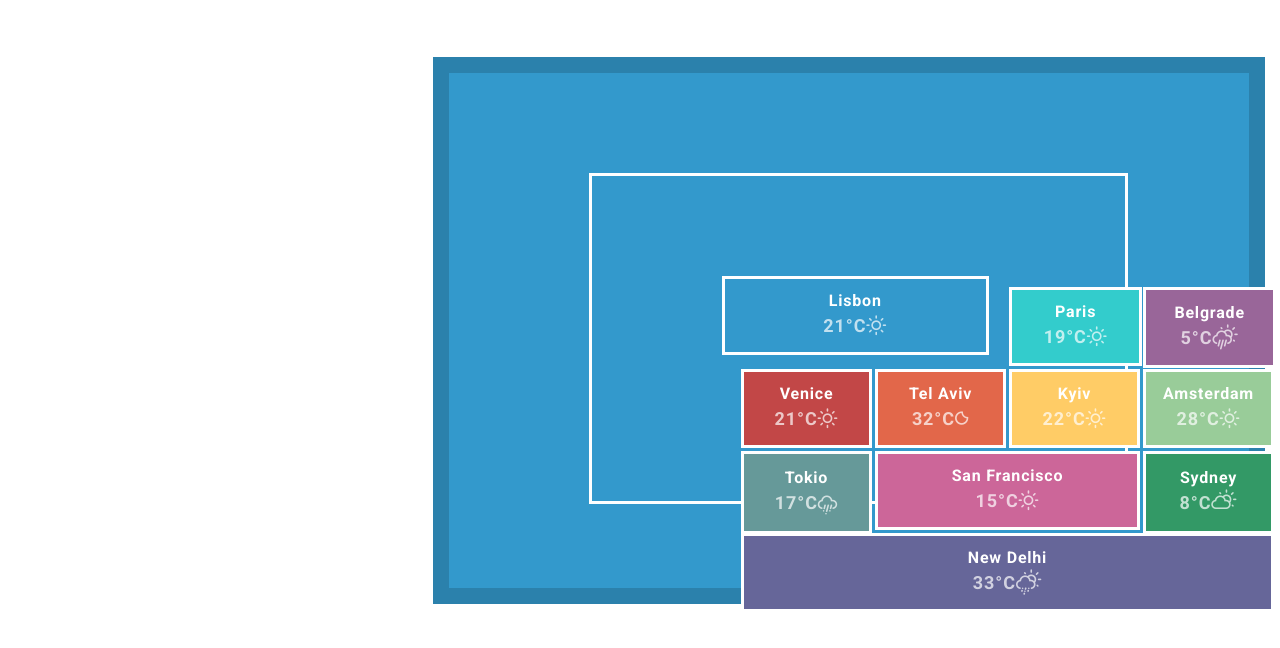
Repository: shpakovskaya/github.io
Page: boxsizing/weatherforecast/index.html
These files come from the project's save history. The page is drawn as it stood at one moment and after the next save; the edit follows.
The browser window is 1280 px wide. The pictures show the whole page.

Above is the page before, as saved 2021-11-29 20:05:24.

After the next save:
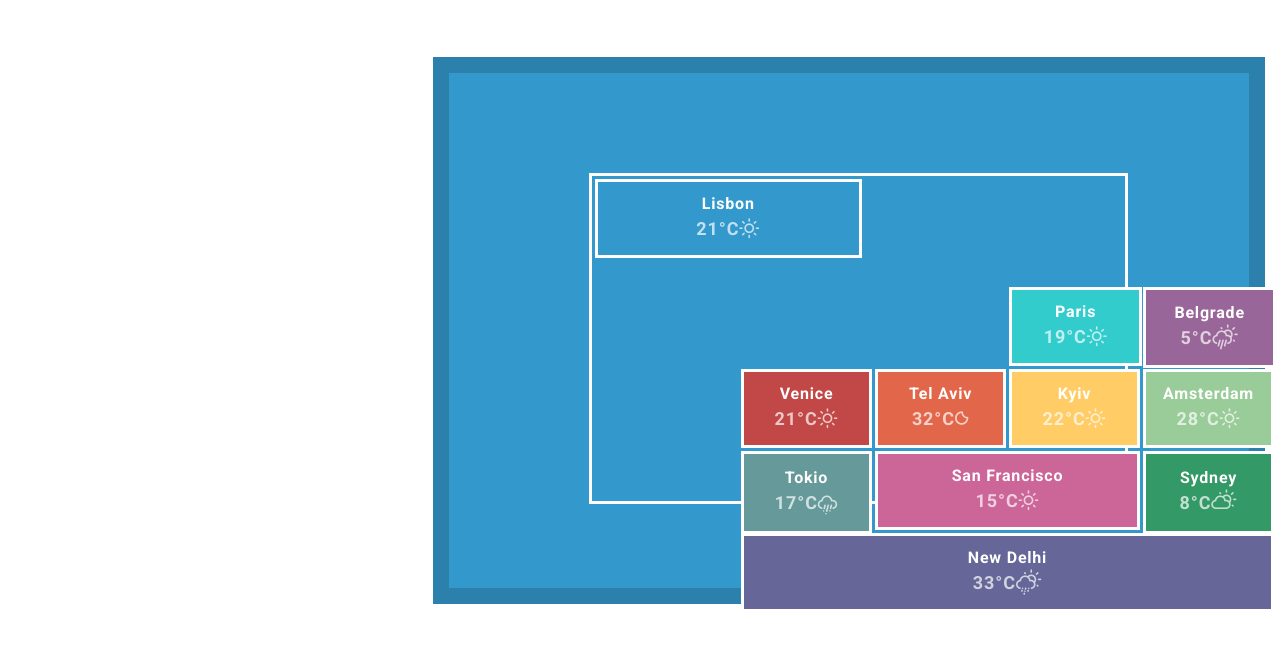
Saved 118 s later.
--- a/boxsizing/weatherforecast/style.css
+++ b/boxsizing/weatherforecast/style.css
@@ -61,8 +61,8 @@ span {
   /* padding-left: 98px; */
   width: 50%;
   height: 79px;
-  left: 130px;
-  top: 100px;
+  left: 3px;
+  top: 3px;
   border: 3px solid #ffffff;
   /* display: inline-flex; */
   /* justify-content: center; */
